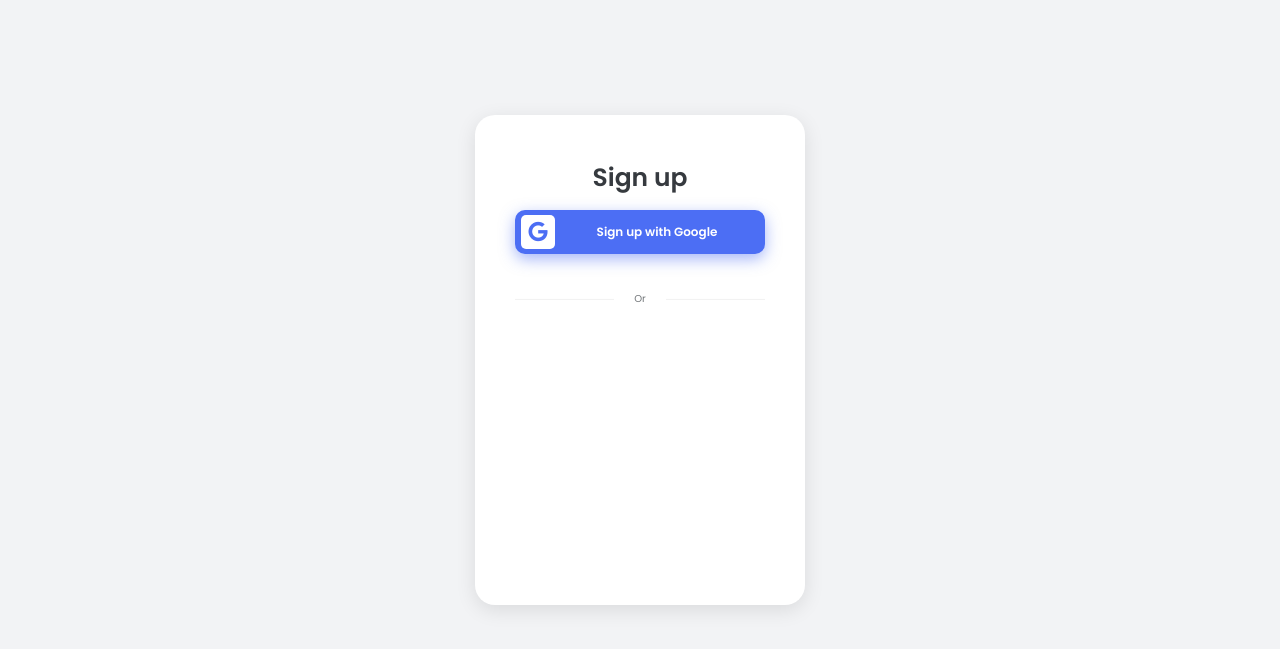
Repository: TranMinhMan040702/practice_html-css
Page: form-login/index.html
The author's editor kept a copy of each file at every save. The page is drawn from the files as they stood at one save, then again after the next save.
The browser window is 1280 px wide. The pictures show the whole page.
Some web libraries are served in a nearby version.

Above is the page before, as saved 2022-08-24 13:22:55.

After the next save:
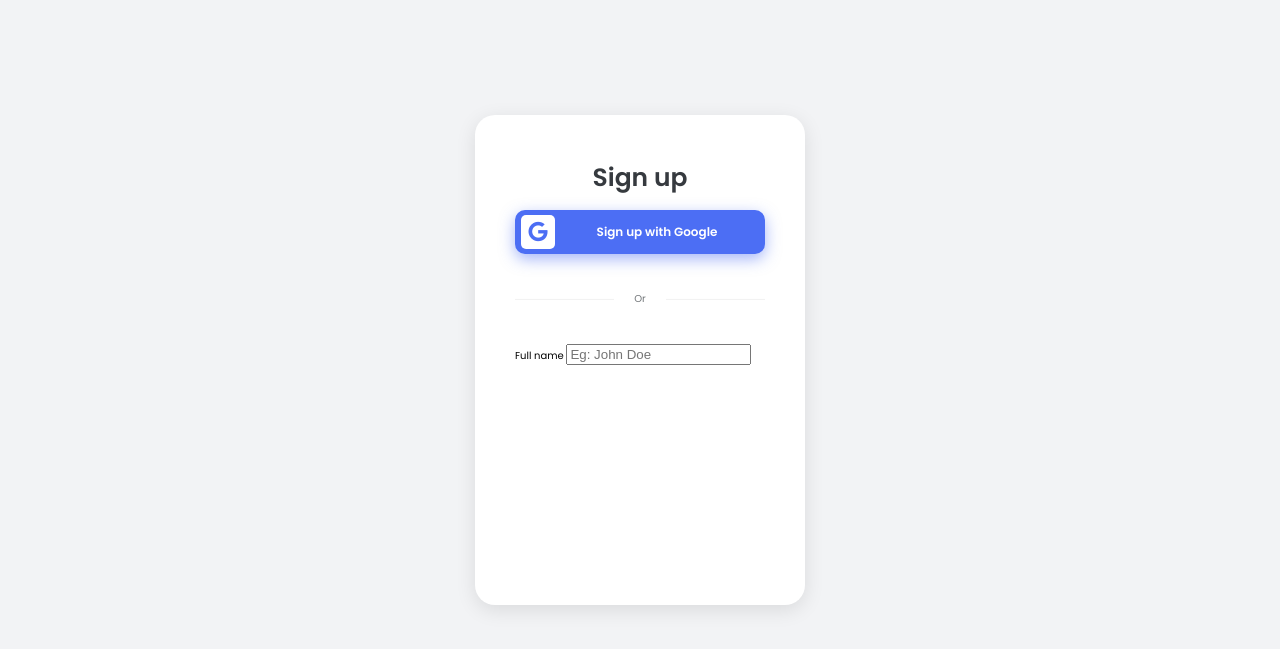
Saved 4 min 13 s later.
--- a/form-login/index.html
+++ b/form-login/index.html
@@ -26,6 +26,10 @@
             <span>Or</span>
         </div>
 
+        <form action="" class="signup-form">
+            <label for="fullname">Full name</label>
+            <input type="text" placeholder="Eg: John Doe" name="fullname" id="fullname">
+        </form>
 
     </div>
 </body>
